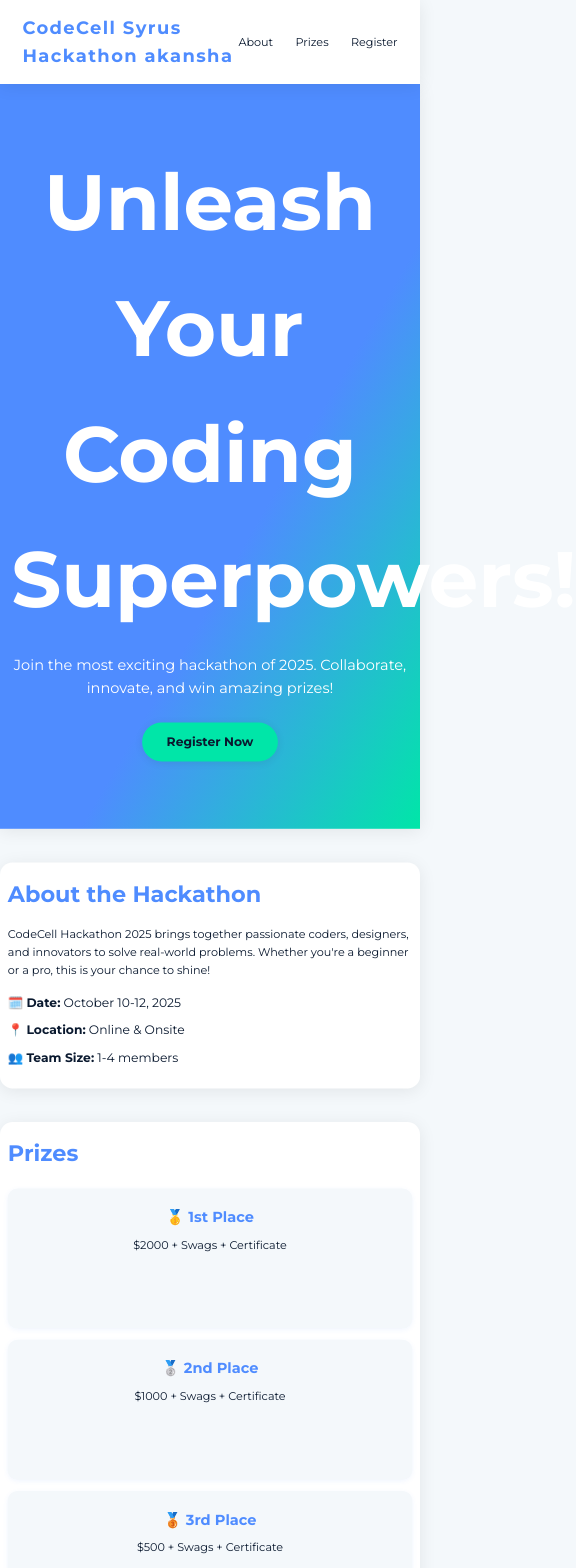
Repository: Akansha1425/codecell_mcp_test
Page: index.html
These files come from the project's save history. The page is drawn as it stood at one moment and after the next save; the edit follows.
The browser window is 600 px wide. The page is 823 px wide, so the pictures cover 823 px, including what lies to the right of the window. The pictures show the part of the page from y = 0 to 2240 px (the page is 2911 px tall), at 70% of full size.

Above is the page before, as saved 2025-08-26 21:48:47.

### index.html
<!DOCTYPE html>
<html lang="en">

<head>
    <meta charset="UTF-8">
    <meta name="viewport" content="width=device-width, initial-scale=1.0">
    <title>CodeCell Hackathon 2025</title>
    <link rel="stylesheet" href="style.css">
</head>

<body>
    <nav>
        <div class="logo">CodeCell Syrus Hackathon akansha</div>
        <ul>
            <li><a href="#about">About</a></li>
            <li><a href="#prizes">Prizes</a></li>
            <li><a href="#register">Register</a></li>
        </ul>
    </nav>
    <header>
        <div class="header-content">
            <h1>Unleash Your Coding Superpowers!</h1>
            <p>Join the most exciting hackathon of 2025. Collaborate, innovate, and win amazing prizes!</p>
            <a href="#register" class="cta-btn">Register Now</a>
        </div>
    </header>
    <section id="about">
        <h2>About the Hackathon</h2>
        <p>
            CodeCell Hackathon 2025 brings together passionate coders, designers, and innovators to solve real-world
            problems. Whether you're a beginner or a pro, this is your chance to shine!
        </p>
        <ul class="highlights">
            <li>🗓️ <strong>Date:</strong> October 10-12, 2025</li>
            <li>📍 <strong>Location:</strong> Online & Onsite</li>
            <li>👥 <strong>Team Size:</strong> 1-4 members</li>
        </ul>
    </section>
    <section id="prizes">
        <h2>Prizes</h2>
        <div class="prize-cards">
            <div class="prize-card">
                <h3>🥇 1st Place</h3>
                <p>$2000 + Swags + Certificate</p>
            </div>
            <div class="prize-card">
                <h3>🥈 2nd Place</h3>
                <p>$1000 + Swags + Certificate</p>
            </div>
            <div class="prize-card">
                <h3>🥉 3rd Place</h3>
                <p>$500 + Swags + Certificate</p>
            </div>
        </div>
    </section>
    <section id="register">
        <h2>Register Now</h2>
        <form id="registrationForm">
            <input type="text" name="name" placeholder="Your Name" required>
            <input type="email" name="email" placeholder="Email Address" required>
            <input type="text" name="team" placeholder="Team Name (optional)">
            <button type="submit" class="cta-btn">Submit</button>
        </form>
        <div id="form-message"></div>
    </section>
    <footer>
        <p>&copy; 2025 CodeCell Hackathon. All rights reserved.</p>
    </footer>
    <script src="script.js"></script>
</body>

</html>

### style.css
@import url('https://fonts.googleapis.com/css2?family=Montserrat:wght@700;400&display=swap');

:root {
    --primary: #4f8cff;
    --secondary: #0a192f;
    --accent: #00e6a8;
    --bg: #f4f8fb;
    --white: #fff;
    --shadow: 0 4px 24px rgba(0,0,0,0.08);
}

* {
    box-sizing: border-box;
    margin: 0;
    padding: 0;
}

body {
    font-family: 'Montserrat', Arial, sans-serif;
    background: var(--bg);
    color: var(--secondary);
    line-height: 1.6;
}

nav {
    background: var(--white);
    box-shadow: var(--shadow);
    display: flex;
    justify-content: space-between;
    align-items: center;
    padding: 1.2rem 2rem;
    position: sticky;
    top: 0;
    z-index: 10;
}

.logo {
    font-size: 1.6rem;
    font-weight: 700;
    color: var(--primary);
    letter-spacing: 2px;
}

nav ul {
    list-style: none;
    display: flex;
    gap: 2rem;
}

nav a {
    text-decoration: none;
    color: var(--secondary);
    font-weight: 500;
    transition: color 0.2s;
}

nav a:hover {
    color: var(--primary);
}

header {
    background: linear-gradient(120deg, var(--primary) 60%, var(--accent) 100%);
    color: var(--white);
    padding: 5rem 2rem 6rem 2rem;
    text-align: center;
    box-shadow: var(--shadow);
}

.header-content h1 {
    font-size: 3rem;
    margin-bottom: 1rem;
    font-weight: 700;
}

.header-content p {
    font-size: 1.3rem;
    margin-bottom: 2rem;
}

.cta-btn {
    background: var(--accent);
    color: var(--secondary);
    padding: 0.9rem 2.2rem;
    border: none;
    border-radius: 30px;
    font-size: 1.1rem;
    font-weight: 700;
    cursor: pointer;
    box-shadow: 0 2px 12px rgba(0,0,0,0.08);
    transition: background 0.2s, color 0.2s;
    text-decoration: none;
    display: inline-block;
}

.cta-btn:hover {
    background: var(--white);
    color: var(--primary);
}

section {
    max-width: 900px;
    margin: 3rem auto;
    background: var(--white);
    padding: 2.5rem 2rem;
    border-radius: 18px;
    box-shadow: var(--shadow);
}

section h2 {
    font-size: 2rem;
    margin-bottom: 1.2rem;
    color: var(--primary);
    font-weight: 700;
}

.highlights {
    margin-top: 1.2rem;
    list-style: none;
    padding-left: 0;
}

.highlights li {
    font-size: 1.1rem;
    margin-bottom: 0.7rem;
}

.prize-cards {
    display: flex;
    gap: 2rem;
    justify-content: center;
    flex-wrap: wrap;
    margin-top: 1.5rem;
}

.prize-card {
    background: var(--bg);
    border-radius: 14px;
    box-shadow: 0 2px 8px rgba(79,140,255,0.08);
    padding: 1.5rem 2rem;
    min-width: 180px;
    text-align: center;
    flex: 1 1 200px;
}

.prize-card h3 {
    font-size: 1.3rem;
    margin-bottom: 0.7rem;
    color: var(--primary);
}

form {
    display: flex;
    flex-direction: column;
    gap: 1rem;
    margin-top: 1.2rem;
}

form input, form button {
    padding: 0.9rem 1.2rem;
    border-radius: 8px;
    border: 1px solid #e0e0e0;
    font-size: 1rem;
}

form input:focus {
    outline: 2px solid var(--primary);
    border-color: var(--primary);
}

form button {
    background: var(--primary);
    color: var(--white);
    border: none;
    font-weight: 700;
    cursor: pointer;
    transition: background 0.2s;
}

form button:hover {
    background: var(--accent);
    color: var(--secondary);
}

#form-message {
    margin-top: 1rem;
    font-weight: 600;
    color: var(--primary);
    min-height: 24px;
}

footer {
    text-align: center;
    padding: 2rem 0 1rem 0;
    color: black;
    font-size: 1rem;
    margin-top: 2rem;
}

@media (max-width: 700px) {
    header {
        padding: 5rem 1rem 6rem 1rem;
    }
    .header-content h1 {
        font-size: 7rem;
    }
    section {
        padding: 1.2rem 0.7rem;
    }
    .prize-cards {
        flex-direction: column;
        gap: 1rem;
    }
}

### script.js
document.getElementById('registrationForm').addEventListener('submit', function(e) {
    e.preventDefault();
    const name = this.name.value.trim();
    const email = this.email.value.trim();
    const team = this.team.value.trim();
    const messageDiv = document.getElementById('form-message');

    if (!name || !email) {
        messageDiv.textContent = "Please fill in all required fields.";
        messageDiv.style.color = "#ff4f4f";
        return;
    }

    // Simulate successful registration
    messageDiv.textContent = `Thank you, ${name}! Your registration has been received.`;
    messageDiv.style.color = "#00b894";
    this.reset();
});

After the next save:
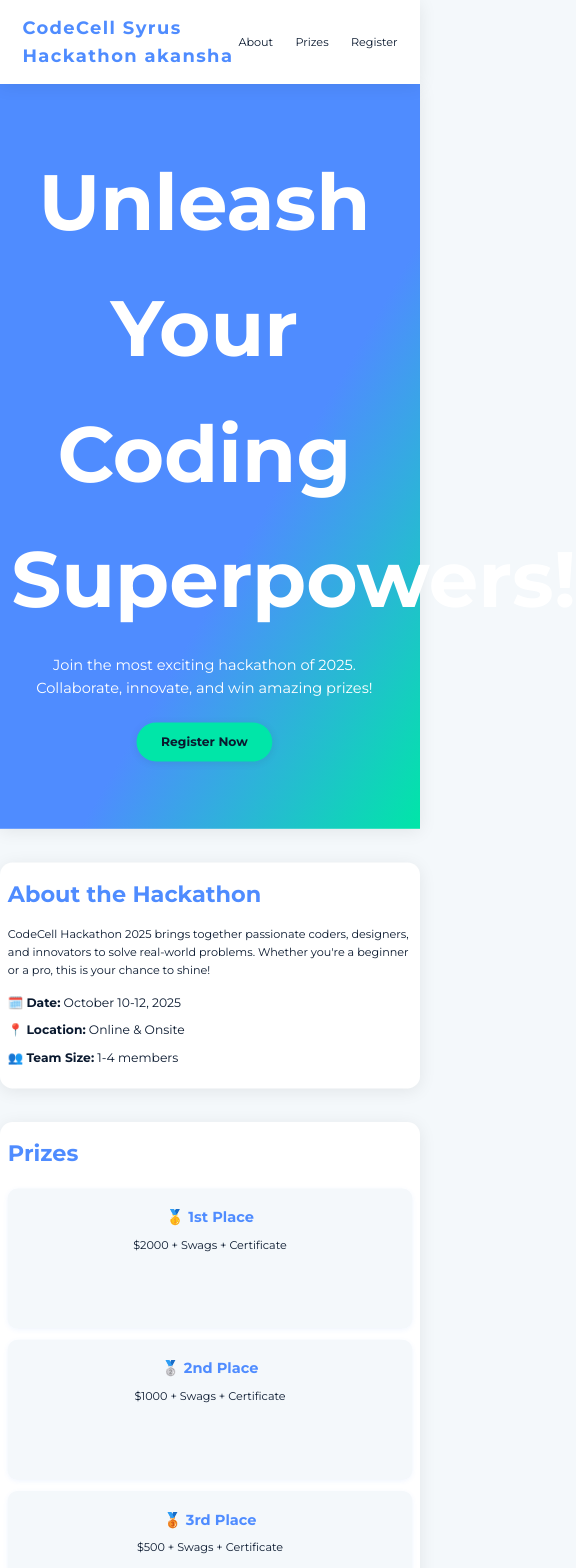
Saved 11 h 56 min later.
--- a/style.css
+++ b/style.css
@@ -198,7 +198,7 @@ footer {
 
 @media (max-width: 700px) {
     header {
-        padding: 5rem 1rem 6rem 1rem;
+        padding: 5rem 2rem 6rem 1rem;
     }
     .header-content h1 {
         font-size: 7rem;
